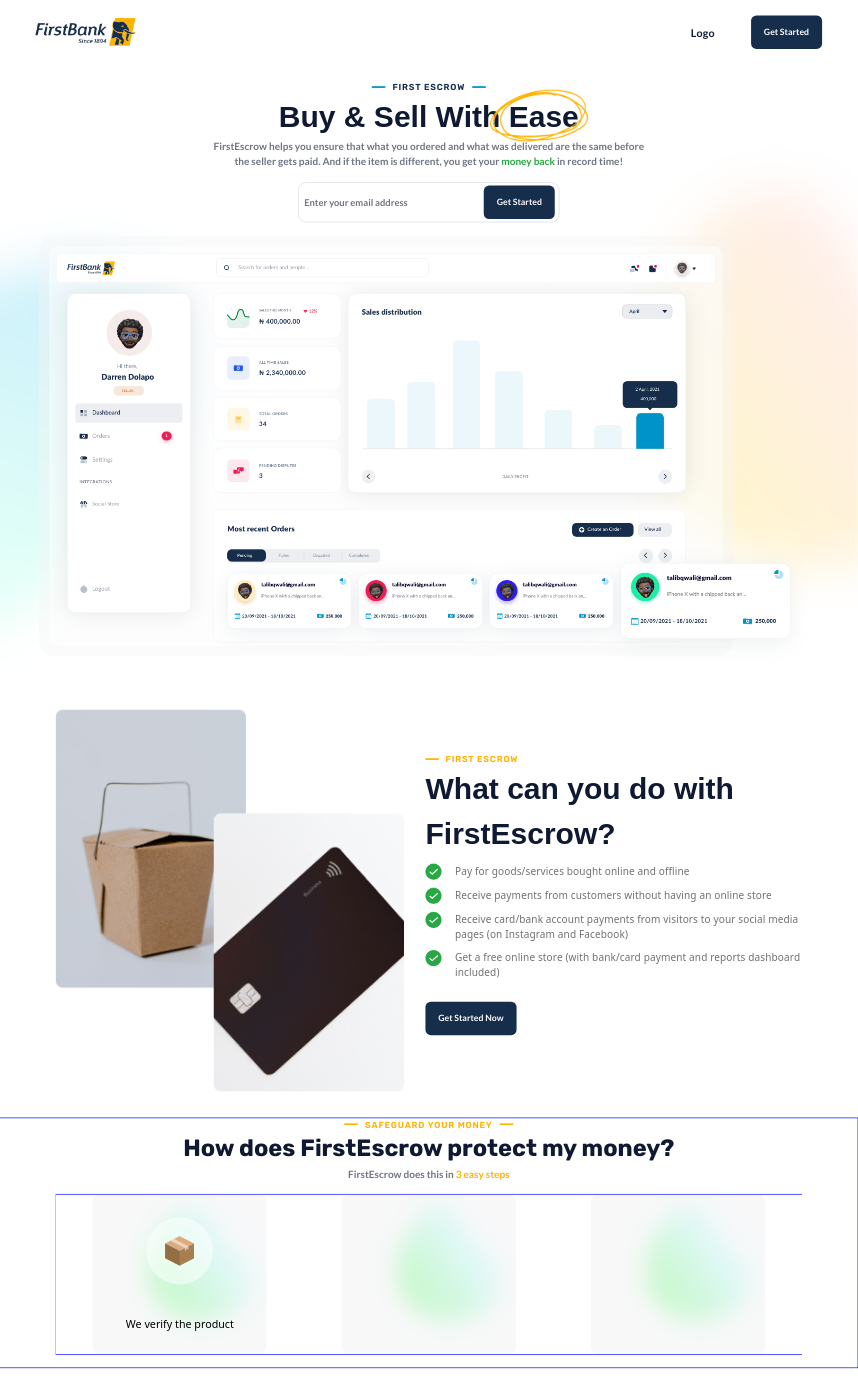
Repository: Pepperest-dev/First_Escrow_Home
Page: index.html
The author's editor kept a copy of each file at every save. The page is drawn from the files as they stood at one save, then again after the next save.
The browser window is 1280 px wide. The pictures show the whole page, at 67% of full size.

Above is the page before, as saved 2021-09-26 11:47:18.

### index.html
<!DOCTYPE html>
<html lang="en">
  <head>
    <meta charset="UTF-8" />
    <meta http-equiv="X-UA-Compatible" content="IE=edge" />
    <meta name="viewport" content="width=device-width, initial-scale=1.0" />
    <link rel="stylesheet" href="styles/styles.css" />
    <link rel="stylesheet" href="styles/mobileScreenStyles.css" />
    <link
      href="https://unpkg.com/tailwindcss@^2/dist/tailwind.min.css"
      rel="stylesheet"
    />
    <link
      rel="stylesheet"
      href="https://cdnjs.cloudflare.com/ajax/libs/font-awesome/4.7.0/css/font-awesome.min.css"
    />
    <link rel="preconnect" href="https://fonts.googleapis.com" />
    <link rel="preconnect" href="https://fonts.gstatic.com" crossorigin />
    <link
      href="https://fonts.googleapis.com/css2?family=Lato:wght@100;300;400;700;800&family=Rubik:wght@400;500;600;700&display=swap"
      rel="stylesheet"
    />
    <title>First Escrow</title>
  </head>
  <body>
    <!-- Create a container wrapper to  -->
    <!-- create a container to keep everything contained in a certain width  ##done -->
    <!-- create the Navbar ##Done -->
    <!-- Do the font setup from google fonts  ##Done-->
    <!-- make the navbar responsive  Not done-->
    <!-- create the hero section ##almost -->
    <!-- work on the what can we do or you ssection -->
    <!-- Work on how does first escrow  works-->
    <!-- work on refund is guranteed  section  -->
    <!-- how it works in simple steps section -->
    <!-- work on the footer section -->
    <header class="banner mb-10 overflow-x-hidden overscroll-none">
      <nav
        class="
          h-24
          flex
          justify-between
          items-center
          md:w-11/12 md:p-0
          px-7
          mx-auto
          mb-6
        "
      >
        <a href="/">
          <img
            src="/assets/imgs/firstBank_logo.png"
            alt="First Bank Logo"
            class="BrandLogo cursor-pointer"
          />
        </a>

        <ul class="md:flex hidden w-2/12 h-full justify-between items-center">
          <li class="loginLink"><a href="#">Logo</a></li>
          <li>
            <button class="getStartedBtn hover:drop-shadow-xl">
              Get Started
            </button>
          </li>
        </ul>

        <div id="hambugger" class="hambugger cursor-pointer md:hidden">
          <i id="menuToggler" class="fa fa-2x fa-bars"></i>
        </div>
      </nav>

      <main class="md:w-11/12 mb-3 md:p-0 px-7 mx-auto">
        <article>
          <p
            class="
              text-center
              mx-auto
              flex
              justify-around
              items-center
              firstEscrow
            "
          >
            First Escrow
          </p>
          <h1 class="mainTitle text-center mx-auto">
            Buy & Sell With <span class="">Ease</span>
            <img
              src="/assets/icons/bigEaseElipses.png"
              alt="elipses"
              class="elipses"
            />
          </h1>
          <p class="contentDescription mx-auto">
            FirstEscrow helps you ensure that what you ordered and what was
            delivered are the same before the seller gets paid. And if the item
            is different, you get your
            <span class="greenMoneyText">money back</span> in record time!
          </p>
          <form
            class="
              my-5
              mx-auto
              flex
              justify-between
              items-center
              cursor-pointer
              bannerInputField
            "
          >
            <input
              type="text"
              class="h-full"
              placeholder="Enter your email address"
            />
            <button
              type="submit"
              class="getStartedBtn z-10 hover:drop-shadow-xl"
            >
              Get Started
            </button>
          </form>
        </article>
        <img
          src="/assets/imgs/dashboardMockup.png"
          class="dashboardImg cursor-pointer mx-auto"
          alt="dashboard mockup"
        />
      </main>
    </header>
    <div class="wrapper">
      <section
        class="
          mt-10
          w-11/12
          mx-auto
          overflow-x-hidden
          gap-x-8
          items-center
          flex
          justify-between
          flex-wrap-reverse
          md:flex-nowrap
        "
      >
        <div class="">
          <img
            class="object-contain"
            src="/assets/imgs/bagAndCard.png"
            alt="bag and card"
          />
        </div>
        <div class="">
          <p
            class="text-left flex justify-start items-center yellowFirstEscrow"
          >
            First Escrow
          </p>

          <h1 class="mainTitle">What can you do with FirstEscrow?</h1>

          <ul id="FirstEscrowCanDo"></ul>
          <button class="getStartedBtn hover:drop-shadow-xl my-5">
            Get Started Now
          </button>
        </div>
      </section>
    </div>
    <div class="wrapper outline">
      <section class="mt-10 mb-5 w-11/12 mx-auto overflow-x-hidden">
        <p
          class="
            text-center
            mx-auto
            flex
            justify-around
            items-center
            secondYellowFirstEscrow
          "
        >
          Safeguard Your Money
        </p>

        <h3 class="text-center protectTitle">
          How does FirstEscrow protect my money?
        </h3>
        <p class="contentDescription mx-auto">
          FirstEscrow does this in
          <span class="yellowText">3 easy steps</span>
        </p>

        <div
          id="threeBoxes"
          class="flex justify-around items-center outline my-5"
        >
          <div class="box flex flex-col items-center justify-around p-5">
            <div class="IconCircle">
              <img src="/assets/imgs/parcelBox.png" alt="" srcset="" />
            </div>
            <p class="boxTitle">We verify the product</p>
          </div>
          <div class="box"></div>
          <div class="box"></div>
        </div>
      </section>
    </div>
    <script src="js/app.js"></script>
  </body>
</html>

### Styles/styles.css
* {
  margin: 0;
  padding: 0;
  border: 0;
  font-size: 16px;
  text-decoration: none;
  font: inherit;
  box-sizing: border-box;
}

/* Colors varable declaration */
:root {
  --whiteBgColor: #ffffff;
  --BtnBgColor: #162d4c;
  --lightBlueColor: #0093c9;
  --yellowPrimaryColor: #ffb300;
  --boxesTextColor: #707070;
  --darkBlueTextColor: #101933;
  --bannerTextColor: #707585;
  --lightGreenColor: #28a745;
  --inputFieldBorderColor: #d8dade;
  --footerBackgroundColor: #f6f6f7;
  --footerTextColor: #040c22;
  --latoFontFamily: "Lato", sans-serif;
  --rubikFontFamily: "Rubik", sans-serif;
  --arialFontFamily: "Arial", sans-serif;
}
.wrapper {
  margin-right: auto;
  margin-left: auto;
  max-width: 1440px;
  padding-right: 2rem;
  padding-left: 2rem;
  width: 100%;
  background-color: var(--whiteBgColor);
}

.banner {
  background-image: url(../assets/imgs/overlayBackground.png);
  background-position: center;
  background-repeat: no-repeat;
  background-size: cover;
  object-fit: cover;
}
.dashboardImg {
  width: 100%;
  height: auto;
  overflow-x: hidden;
}

.contentContainer {
}

.BrandLogo {
  width: 150px;
  object-fit: contain;
  height: 45px;
}

.outline {
  outline: 1px solid blue;
}

.loginLink {
  font: normal normal 600 16px/19px Lato;
  letter-spacing: 0.32px;
  font-family: var(--latoFontFamily);
  font-style: normal;
  font-weight: 600;
  color: var(--darkBlueTextColor);
}

.loginLink:hover {
  opacity: 0.8;
  transition: all ease-in-out 350ms;
}

.getStartedBtn {
  border-radius: 8px;
  background-color: var(--BtnBgColor);
  min-width: 100px;
  padding: 0 1.2rem;
  height: 50px;
  color: var(--whiteBgColor);
  font-family: var(--latoFontFamily);
  text-align: center;
  font-size: 13px;
  font-weight: 800;
}

.getStartedBtn:hover {
  opacity: 0.8;
  transition: all ease-in-out 350ms;
}

.yellowFirstEscrow {
  letter-spacing: 1.2px;
  color: var(--yellowPrimaryColor);
  text-transform: uppercase;
  font-family: var(--rubikFontFamily);
  font-size: 13px;
  font-weight: 600;
  width: 150px;
}

.yellowFirstEscrow::before {
  content: "";
  display: flex;
  width: 20px;
  border: 1px solid var(--yellowPrimaryColor);
  background-color: var(--yellowPrimaryColor);
  margin-right: 10px;
}

.secondYellowFirstEscrow {
  letter-spacing: 1.2px;
  color: var(--yellowPrimaryColor);
  text-transform: uppercase;
  font-family: var(--rubikFontFamily);
  font-size: 13px;
  font-weight: 600;
  width: 263px;
}

.secondYellowFirstEscrow::before {
  content: "";
  display: flex;
  width: 20px;
  border: 1px solid var(--yellowPrimaryColor);
  background-color: var(--yellowPrimaryColor);
}
.secondYellowFirstEscrow::after {
  content: "";
  display: flex;
  width: 20px;
  border: 1px solid var(--yellowPrimaryColor);
  background-color: var(--yellowPrimaryColor);
}

.firstEscrow {
  letter-spacing: 1.2px;
  color: var(--BtnBgColor);
  text-transform: uppercase;
  font-family: var(--rubikFontFamily);
  font-size: 13px;
  font-weight: 600;
  width: 180px;
}

.firstEscrow::before {
  content: "";
  display: flex;
  width: 20px;
  border: 1px solid var(--lightBlueColor);
  background-color: var(--lightBlueColor);
}
.firstEscrow::after {
  content: "";
  display: flex;
  width: 20px;
  background-color: var(--lightBlueColor);
  border: 1px solid var(--lightBlueColor);
}
.mainTitle {
  color: var(--darkBlueTextColor);
  font-family: var(--arialFontFamily);
  font-weight: 700;
  font-size: 2.8rem;
  max-width: 600px;
  position: relative;
}

.elipses {
  position: absolute;
  width: 150px;
  top: -11px;
  right: 10%;
}

.contentDescription {
  color: var(--bannerTextColor);
  font-family: var(--latoFontFamily);
  font-weight: 600;
  font-size: 15px;
  text-align: center;
  max-width: 650px;
}

.greenMoneyText {
  color: var(--lightGreenColor);
}

.bannerInputField {
  width: 390px;
  height: 60px;
  border: 1px solid var(--inputFieldBorderColor);
  border-radius: 12px;
  background: var(--whiteBgColor);
  padding: 8px 6px 8px 8px;
}

.bannerInputField input[type="text"] {
  border: none;
  font-family: var(--latoFontFamily);
  font-size: 16px;
  color: var(--bannerTextColor);
  flex: 0.9;
  font-weight: 600;
  outline: none;
}

.bannerInputField input[type="text"]::placeholder {
  font-family: var(--latoFontFamily);
  font-size: 14px;
  font-weight: 600;
  color: var(--bannerTextColor);
}

#FirstEscrowCanDo li {
  color: var(--boxesTextColor);
  letter-spacing: 0.18px;
  text-align: left;
  font-weight: normal;
  font-size: 15px;
}

.protectTitle {
  color: var(--darkBlueTextColor);
  letter-spacing: 0;
  font-family: var(--rubikFontFamily);
  font-weight: bold;
  font-size: 2.2rem;
}
.yellowText {
  color: var(--yellowPrimaryColor);
}
.box {
  width: 260px;
  height: 238px;
  background-image: url("/assets/imgs/lightGreenCardBg.png");
  background-repeat: no-repeat;
  background-position: center;
  background-size: contain;
}

.IconCircle {
  width: 100px;
  height: 120px;
  background-color: transparent;
}

### Styles/mobileScreenStyles.css
@media screen and (max-width: 600px) {
  .banner {
    background-size: contain;
  }
  .dashboardImg {
    width: 500px;
    height: auto;
  }

  .BrandLogo {
    width: 100px;
  }

  .toggle {
    transition: opacity ease-in-out;
  }

  .elipses {
    position: absolute;
    width: 150px;
    top: 40%;
    right: 9%;
  }
}

### Js/app.js
const escrow = {
  firstEscrowList: [
    {
      icon: "/assets/icons/greenChecked.png",
      text: "Pay for goods/services bought online and offline",
    },
    {
      icon: "/assets/icons/greenChecked.png",
      text: "Receive payments from customers without having an online store",
    },
    {
      icon: "/assets/icons/greenChecked.png",
      text: "Receive card/bank account payments from visitors to your social media pages (on Instagram and Facebook)",
    },
    {
      icon: "/assets/icons/greenChecked.png",
      text: "Get a free online store (with bank/card payment and reports dashboard included)",
    },
  ],
};

Object.freeze(escrow);
console.log(escrow.firstEscrowList);

document.addEventListener(
  "DomContentLoaded",
  (function () {
    console.log("escrow, content");
    const hambugger = document.querySelector("#hambugger");
    const menu = document.querySelector("#menuToggler");
    const escrowCanDo = document.querySelector("#FirstEscrowCanDo");

    let returnedList = escrow.firstEscrowList
      .map(
        (list) =>
          `<li class="flex items-start my-3 justify-start"><img  src=${list.icon} alt="checked icon" class="mr-5 h-6 w-6" /> ${list.text}</li>`
      )
      .join(" ");

    escrowCanDo.innerHTML = returnedList;

    hambugger.addEventListener("click", () => {
      if (menu.classList.contains("fa-bars")) {
        menu.classList.remove("fa-bars");
        menu.classList.add("fa-times");
      } else if (menu.classList.contains("fa-times")) {
        menu.classList.remove("fa-times");
        menu.classList.add("fa-bars");
      }
      hambugger.classList.toggle("toggle");
    });
  })()
);

After the next save:
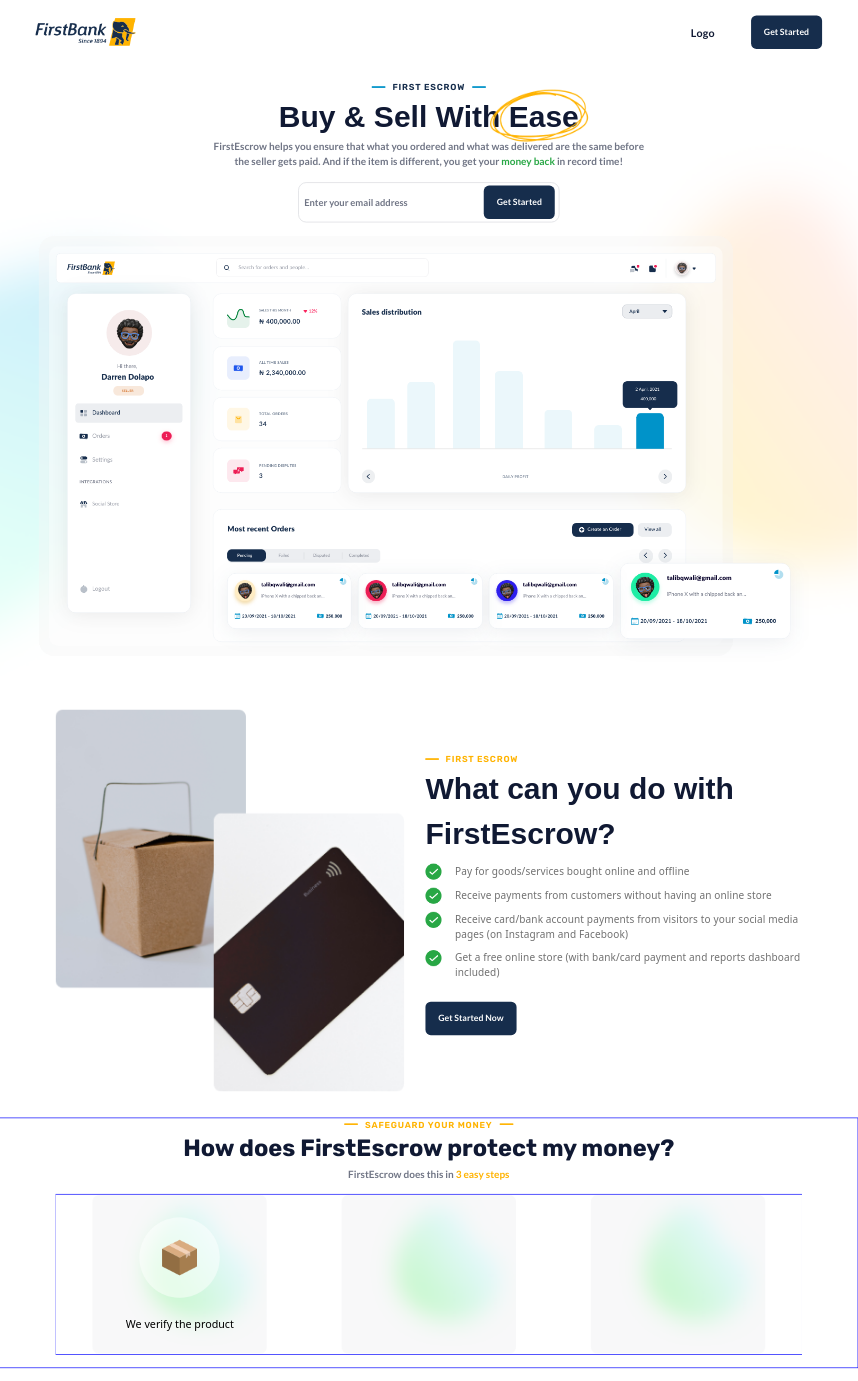
Saved 21 s later.
--- a/Styles/styles.css
+++ b/Styles/styles.css
@@ -243,7 +243,7 @@
   background-size: contain;
 }
 
-.IconCircle {
+.boxImage {
   width: 100px;
   height: 120px;
   background-color: transparent;

After the save that followed:
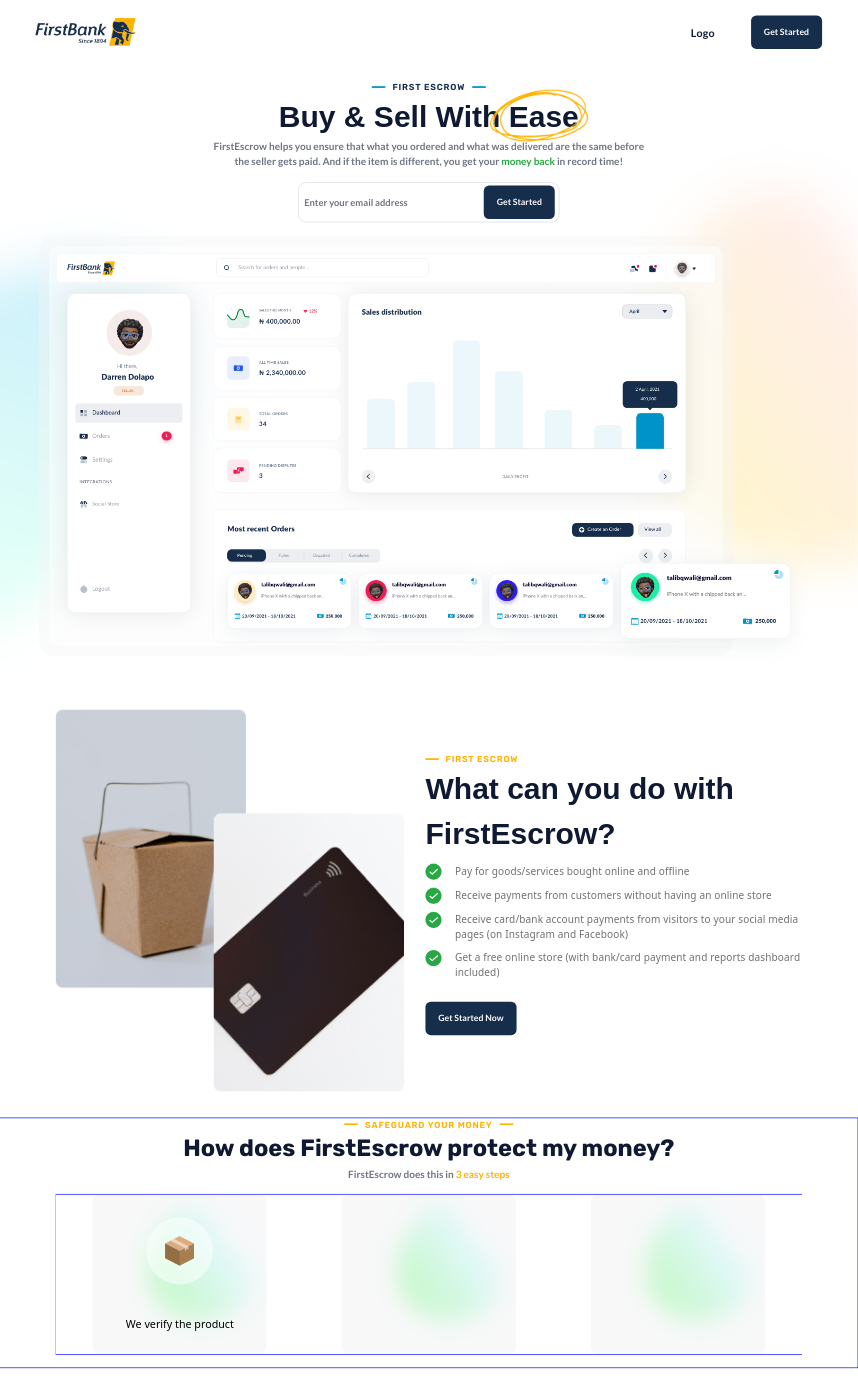
Saved 1 s later.
--- a/index.html
+++ b/index.html
@@ -194,7 +194,7 @@
           class="flex justify-around items-center outline my-5"
         >
           <div class="box flex flex-col items-center justify-around p-5">
-            <div class="IconCircle">
+            <div class="boxImage">
               <img src="/assets/imgs/parcelBox.png" alt="" srcset="" />
             </div>
             <p class="boxTitle">We verify the product</p>
